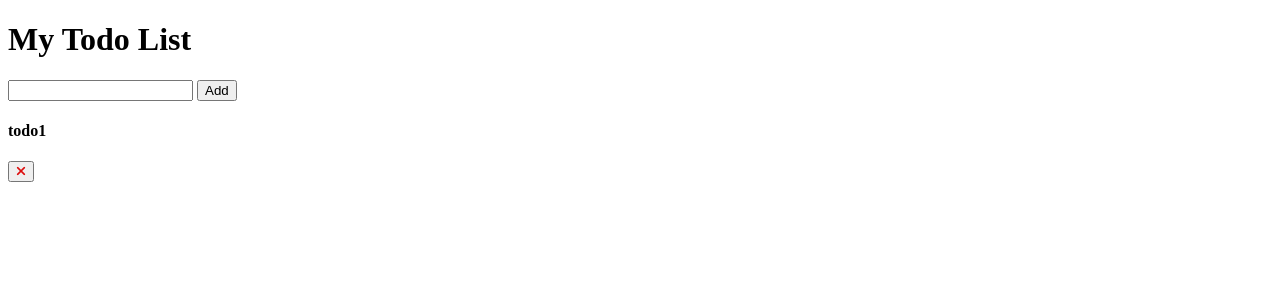
Repository: harshit-technocrat11/basic-DOM-projects
Page: 03-todo-list/index.html
The author's editor kept a copy of each file at every save. The page is drawn from the files as they stood at one save, then again after a run of saves.
The browser window is 1280 px wide. The pictures show the whole page.

Above is the page before, as saved 2025-09-07 19:22:06.

### 03-todo-list/index.html
<!DOCTYPE html>
<html lang="en">
<head>
    <meta charset="UTF-8">
    <meta name="viewport" content="width=device-width, initial-scale=1.0">
    <title>Todo list</title>
    <link rel="stylesheet" href="styles/style.css">
    <link rel="stylesheet" href="https://cdnjs.cloudflare.com/ajax/libs/font-awesome/6.5.2/css/all.min.css">

</head>
<body>

    <div class="root-container">
        <h1>My Todo List</h1>

        <div class="search-add">

            <form action="/" method="POST">
                <input type="text" id="user-input" >

                <button id="add-todo">
                    Add
                </button>
            </form>
        </div>

        <div class="display-todos">
             <h4>todo1</h4>
             <button id="delete-todo" type="submit"><i class="fa-solid fa-xmark" style="color: #dd0e0e;"></i></button>

        </div>

    </div>


    <script src="scripts/script.js"></script>
</body>
</html>

### 03-todo-list/styles/style.css

body{
    box-sizing: border-box;

}

Loaded but not shown: 03-todo-list/scripts/script.js (no stored copy; drawn as an empty file)

After the next 3 saves:
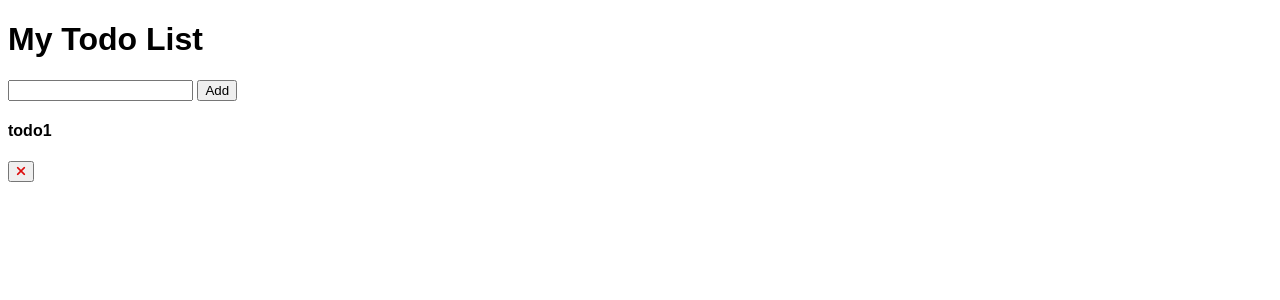
The 3 saves are shown as one change because they came seconds apart.
The last was saved 18 s later.
--- a/03-todo-list/styles/style.css
+++ b/03-todo-list/styles/style.css
@@ -1,5 +1,6 @@
 
 body{
     box-sizing: border-box;
+    font-family: Arial, Helvetica, sans-serif;
 
 }
